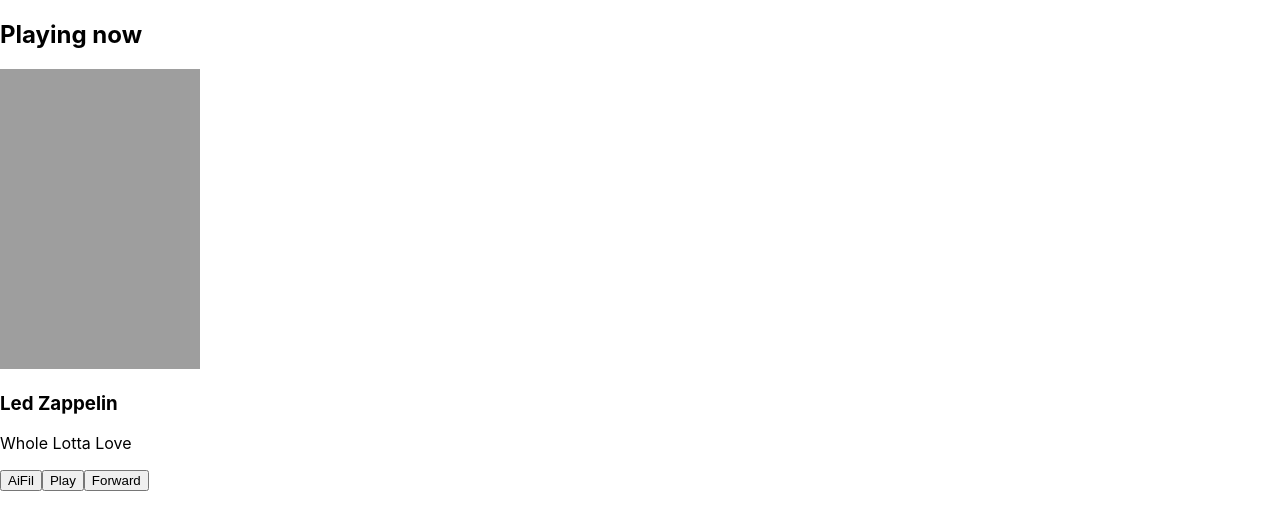
Repository: Sxcram02/playlist
Page: /
These files come from the project's save history. The page is drawn as it stood at one moment and after a run of saves; the edit follows.
The browser window is 1280 px wide. The pictures show the whole page.
Pictures or frames that could not be fetched are drawn as grey boxes. The project was rebuilt for these pictures with package versions that can differ from the ones it lists, and the page was loaded fresh each time. Also part of the build but not shown: src/App.css.

Above is the page before, as saved 2023-02-22 17:12:06.

### src/index.js
import React from 'react';
import ReactDOM from 'react-dom/client';
import './index.css';
import App from './App';

const root = ReactDOM.createRoot(document.getElementById('root'));
root.render(
  <React.StrictMode>
    <App />
  </React.StrictMode>
);
// If you want to start measuring performance in your app, pass a function
// to log results (for example: reportWebVitals(console.log))
// or send to an analytics endpoint. Learn more: https://bit.ly/CRA-vitals

### src/App.js
import './App.css'
import { AiFillPlayCircle, AiFillPauseCircle } from 'react-icons/ai'
import { BiSkipNext, BiSkipPrevious } from 'react-icons/ai'
import { IconContext } from 'react-icons'



function App() {
  return (
    <div className="component">
      <h2>Playing now</h2>
      <img src="https://picsum.photos/200/300" alt="Imagen..." className="musicCover" />
      <div>
        <h3 className="title">Led Zappelin</h3>
        <p className="subTitle">Whole Lotta Love</p>
      </div>
      <div>
        <button className="playButton">
          <IconContext.Provider>
            AiFil
          </IconContext.Provider>
        </button>
        <button className="playButton">Play</button>
        <button className="playButton">Forward</button>
      </div>
    </div>
  );
}

export default App;

Loaded but not shown: public/index.html (common file); src/index.css (common file)

After the next 4 saves:
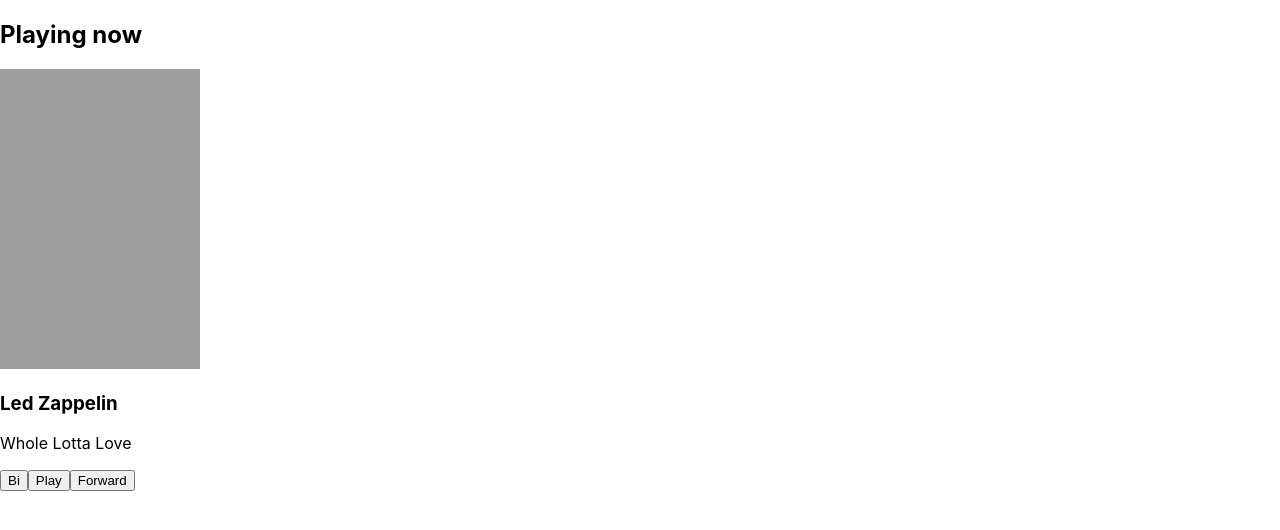
The 4 saves are shown as one change because they came seconds apart.
The last was saved 10 s later.
--- a/src/App.js
+++ b/src/App.js
@@ -17,7 +17,7 @@
       <div>
         <button className="playButton">
           <IconContext.Provider>
-            AiFil
+            Bi
           </IconContext.Provider>
         </button>
         <button className="playButton">Play</button>
